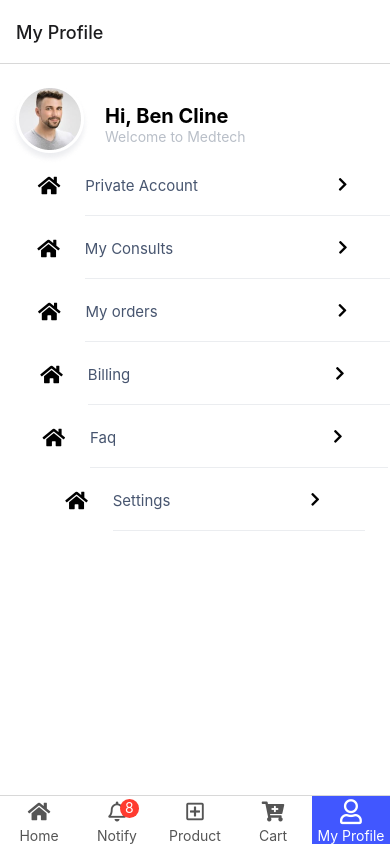
Repository: ntu34543/designReactNative
Screen: /My Profile
These files come from the project's save history. The screen is drawn as it stood at one moment and after the next save; the edit follows.
The app was drawn by React Native's web renderer in a window 390 px wide. The project was rebuilt for these pictures with package versions that can differ from the ones it lists, and the page was loaded fresh each time. Some packages were replaced by stand-ins written for this rebuild. Also part of the build but not shown: page/DiabetesCare.js, page/Notify.js, page/Cart.js.

Above is the screen before, as saved 2022-11-02 11:09:08.

### App.js
import { StatusBar } from "expo-status-bar";
import { StyleSheet, Text, View, Pressable, TabBarIOSItem } from "react-native";
import { NavigationContainer } from "@react-navigation/native";
import { createStackNavigator } from "@react-navigation/stack";
import ScreenA from "./page/Home";
import ScreenB from "./page/DiabetesCare";
import Profile from "./page/Profile";
import Notify from "./page/Notify";
import Cart from "./page/Cart";
import FontAwesome5 from "react-native-vector-icons/FontAwesome5";
import { createBottomTabNavigator } from "@react-navigation/bottom-tabs";

const Tab = createBottomTabNavigator();
const Stack = createStackNavigator();
// const Tab = createStackNavigator();
export default function App() {
  return (
    <NavigationContainer>
      <Tab.Navigator
        // screenOptions={{ header: () => null }}
        screenOptions={({ route }) => ({
          tabBarIcon: ({ focused, size, color }) => {
            let iconName;
            if (route.name === "Home") {
              iconName = "home";
              size = focused ? 25 : 20;
              // color = focused ? "#f0f" : "#555";
            } else if (route.name === "Product") {
              iconName = "plus-square";
              size = focused ? 25 : 20;
              // color = focused ? "#f0f" : "#555";
            } else if (route.name === "My Profile") {
              iconName = "user";
              size = focused ? 25 : 20;
              // color = focused ? "#f0f" : "#555";
            } else if (route.name === "Notify") {
              iconName = "bell";
              size = focused ? 25 : 20;
              // color = focused ? "#f0f" : "#555";
            } else if (route.name === "Cart") {
              iconName = "cart-plus";
              size = focused ? 25 : 20;
              // color = focused ? "#f0f" : "#555";
            }
            return <FontAwesome5 name={iconName} size={size} color={color} />;
          },
        })}
        tabBarOptions={{
          activeTintColor: "white",
          activeBackgroundColor: "#4157ff",
          inactiveTintColor: "#555",
          inactiveBackgroundColor: "white",
          showLabel: true,
          labelStyle: { fontSize: 14 },
        }}
      >
        <Tab.Screen
          name="Home"
          component={ScreenA}
          // options={{ tabBarBadge: 3 }}
        />
        {/* options={{header: () => null}} */}
        <Tab.Screen name="Notify" options={{ tabBarBadge: 8 }} component={Notify} />
        <Tab.Screen name="Product" component={ScreenB} />
        <Tab.Screen name="Cart" component={Cart} />
        <Tab.Screen name="My Profile" component={Profile} />
      </Tab.Navigator>
    </NavigationContainer>
  );
}

### page/Home.js
import { StatusBar } from "expo-status-bar";
import { StyleSheet, Text, View, Pressable } from "react-native";

export default function ScreenA({ navigation }) {
  const onPressHandler = () => {
    navigation.navigate("Screen_B");
    // navigation.replace("Screen_B");
  };
  return (
    <View style={styles.body}>
      <Text style={styles.text}>Home</Text>
      <Pressable
        onPress={onPressHandler}
        style={({ pressed }) => ({
          backgroundColor: pressed ? "#ddd" : "#0f0",
        })}
      >
        <Text style={styles.text}>Go to the Screen B</Text>
      </Pressable>
    </View>
  );
}

const styles = StyleSheet.create({
  body: {
    flex: 1,
    justifyContent: "center",
    alignItems: "center",
  },
  text: {
    fontSize: 30,
    fontWeight: "bold",
  },
});

### page/Profile.js
import { useState } from "react";
import { StatusBar } from "expo-status-bar";
import {
  StyleSheet,
  Text,
  View,
  Pressable,
  Image,
  ScrollView,
  FlatList,
  SafeAreaView,
} from "react-native";
import FontAwesome5 from "react-native-vector-icons/FontAwesome5";

export default function Profile({ navigation }) {
  const onPressHandler = () => {
    navigation.navigate("Screen_A");
    // navigation.goBack();
  };
  return (
    <View style={styles.body}>
      <View style={styles.header}>
        <Image
          style={styles.image}
          source={require("../assets/img/profile.png")}
        />
        <View style={styles.inf}>
          <Text style={styles.text1}>Hi, Ben Cline</Text>
          <Text style={styles.text2}>Welcome to Medtech</Text>
        </View>
      </View>
      <View style={styles.main}>
        <View style={styles.block}>
          <FontAwesome5 name="home" size={20} style={styles.iconHome} />
          <View style={styles.item}>
            <Text style={styles.text3}>Private Account</Text>
            <FontAwesome5 name="chevron-right" size={15} color="black" style={styles.iconChevron} />
          </View>
        </View>
        <View style={styles.block}>
          <FontAwesome5 name="home" size={20} style={styles.iconHome} />
          <View style={styles.item}>
            <Text style={styles.text3}>My Consults</Text>
            <FontAwesome5 name="chevron-right" size={15} color="black" style={styles.iconChevron1} />
          </View>
        </View>
        <View style={styles.block}>
          <FontAwesome5 name="home" size={20} style={styles.iconHome} />
          <View style={styles.item}>
            <Text style={styles.text3}>My orders</Text>
            <FontAwesome5 name="chevron-right" size={15} color="black" style={styles.iconChevron2} />
          </View>
        </View>
        <View style={styles.block}>
          <FontAwesome5 name="home" size={20} style={styles.iconHome} />
          <View style={styles.item}>
            <Text style={styles.text3}>Billing</Text>
            <FontAwesome5 name="chevron-right" size={15} color="black" style={styles.iconChevron3} />
          </View>
        </View>
        <View style={styles.block}>
          <FontAwesome5 name="home" size={20} style={styles.iconHome} />
          <View style={styles.item}>
            <Text style={styles.text3}>Faq</Text>
            <FontAwesome5 name="chevron-right" size={15} color="black" style={styles.iconChevron4} />
          </View>
        </View>
        <View style={styles.block}>
          <FontAwesome5 name="home" size={20} style={styles.iconHome} />
          <View style={styles.item}>
            <Text style={styles.text3}>Settings</Text>
            <FontAwesome5 name="chevron-right" size={15} color="black" style={styles.iconChevron5} />
          </View>
        </View>
      </View>
    </View>
  );
}

const styles = StyleSheet.create({
  body: {
    flex: 1,
    backgroundColor: "white",
    paddingLeft: 10,
    paddingRight: 0,
  },
  text: {
    fontSize: 30,
    fontWeight: "bold",
  },
  header: {
    flexDirection: "row",
    alignItems: "center",
    marginTop: 20,
  },
  inf: {
    marginLeft: 15,
  },
  image: {},
  text1: {
    fontWeight: "bold",
    fontSize: 20,
  },
  text2: {
    fontWeight: "light",
    fontSize: 14,
    color: "#b9bfc8",
  },
  main: {},
  block: {
    flexDirection: "row",
    alignItems: "center",
    justifyContent: "center",
    padding: 10,
  },
  item: {
    flexDirection: "row",
    borderBottomWidth: 1,
    borderBottomColor: "#091C3F14",
    marginLeft: 25,
    alignItems: "center",
    paddingRight: 45,
    paddingBottom: 20,
  },
  text3: {
    color: "#091C3FBF",
    fontWeight: "light",
    fontSize: 15,
  },
  iconChevron : {
    paddingLeft: 140,
  },
  iconChevron1 : {
    paddingLeft: 165,
  },
  iconChevron2 : {
    paddingLeft: 180,
  },
  iconChevron3 : {
    paddingLeft: 205,
  },
  iconChevron4 : {
    paddingLeft: 217,
  },
  iconChevron5 : {
    paddingLeft: 140,
  },
  iconHome: {
    marginLeft: 30,
    paddingBottom: 20,
  }
});

After the next save:
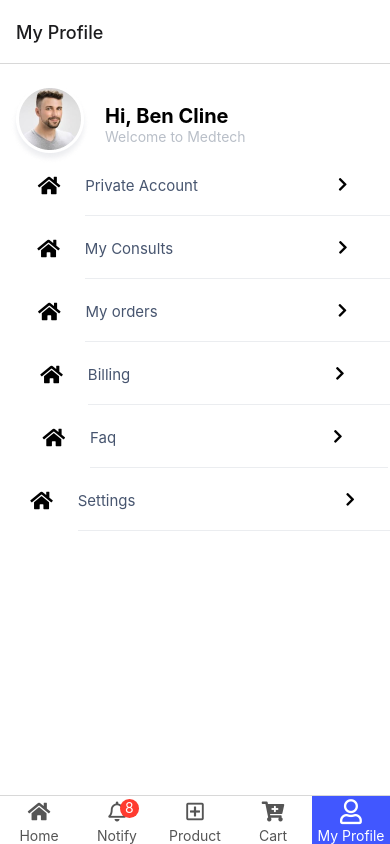
Saved 8 s later.
--- a/page/Profile.js
+++ b/page/Profile.js
@@ -143,7 +143,7 @@ const styles = StyleSheet.create({
     paddingLeft: 217,
   },
   iconChevron5 : {
-    paddingLeft: 140,
+    paddingLeft: 210,
   },
   iconHome: {
     marginLeft: 30,
